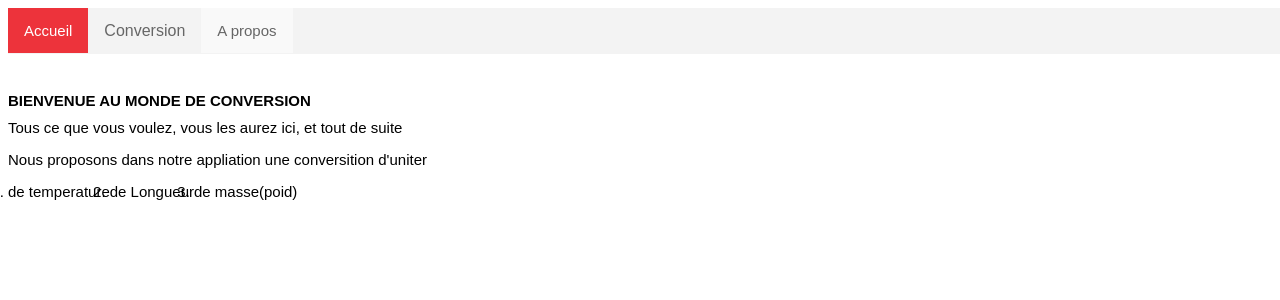
Repository: Santatrasoa/six
Page: Conversion/Conversion/src/main/webapp/index.html
An editor plug-in stored every save of this project. The page is shown before and after the next save, followed by the edit.
The browser window is 1280 px wide. The pictures show the whole page.

Above is the page before, as saved 2024-04-10 10:13:23.

After the next save:
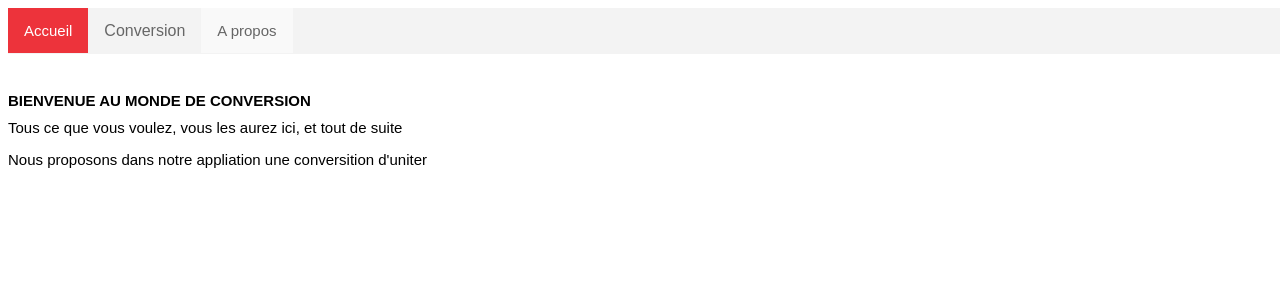
Saved 12 min 44 s later.
--- a/Conversion/Conversion/src/main/webapp/index.html
+++ b/Conversion/Conversion/src/main/webapp/index.html
@@ -35,13 +35,8 @@
 
 	</div>
 	<p>
-			Nous proposons dans notre appliation une conversition d'uniter
-				<ol>
-					<li>de temperature</li>
-					<li>de Longueur</li>
-					<li>de masse(poid)</li>
-				</ol>
-		</p>
+		Nous proposons dans notre appliation une conversition d'uniter
+	</p>
 </body>
 
 </html>

After the save that followed:
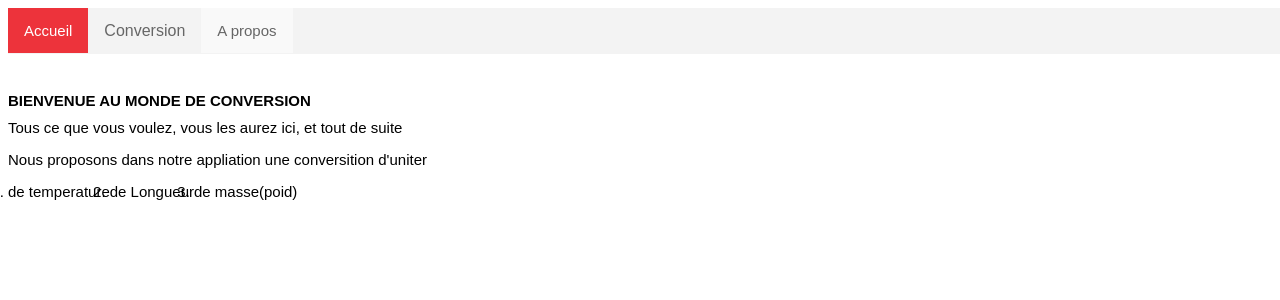
Saved 5 s later.
--- a/Conversion/Conversion/src/main/webapp/index.html
+++ b/Conversion/Conversion/src/main/webapp/index.html
@@ -37,6 +37,11 @@
 	<p>
 		Nous proposons dans notre appliation une conversition d'uniter
 	</p>
+	<ol>
+					<li>de temperature</li>
+					<li>de Longueur</li>
+					<li>de masse(poid)</li>
+				</ol>
 </body>
 
 </html>
